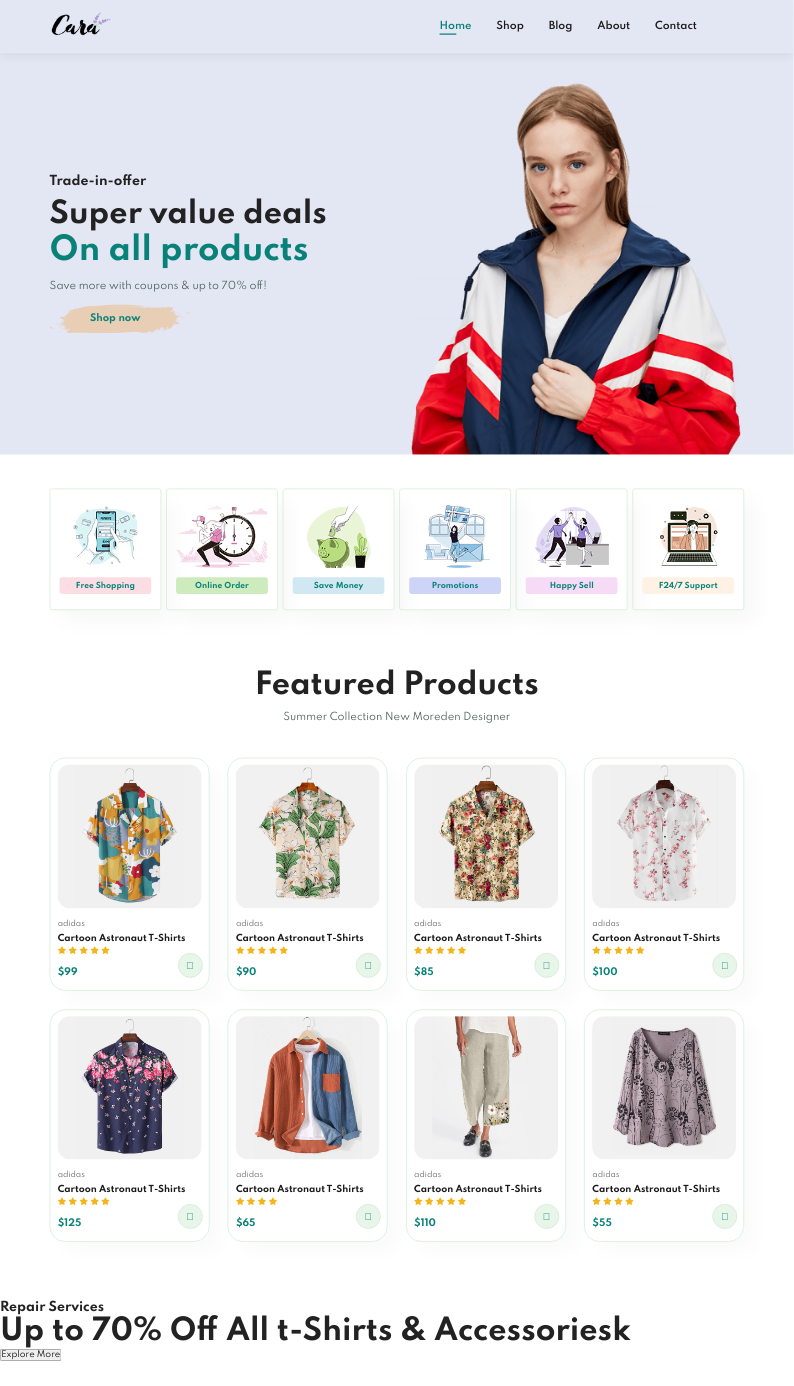
Repository: MinhNhatIT2901/Ecommerce
Page: index.html
The author's editor kept a copy of each file at every save. The page is drawn from the files as they stood at one save, then again after the next save.
The browser window is 1280 px wide. The pictures show the whole page, at 62% of full size.
Some web libraries are served in a nearby version.

Above is the page before, as saved 2022-01-08 00:10:59.

### index.html
<!DOCTYPE html>
<html lang="en">
<head>
    <meta charset="UTF-8">
    <meta http-equiv="X-UA-Compatible" content="IE=edge">
    <meta name="viewport" content="width=device-width, initial-scale=1.0">
    <title>Ecommerce</title>
    <link rel="stylesheet" href="https://pro.fontawesome.com/releases/v5.10.0/css/all.css" integrity="sha384-AYmEC3Yw5cVb3ZcuHtOA93w35dYTsvhLPVnYs9eStHfGJvOvKxVfELGroGkvsg+p" crossorigin="anonymous"/>
    <link rel="stylesheet" href="style.css">
</head>
<body>

    <section id="header">
        <a href="">
            <img src="imgs/img/logo.png" alt="" class="logo">
        </a>
        <div>
            <ul id="navbar">
                <li><a class="active" href="index.html">Home</a></li>
                <li><a href="shop.html">Shop</a></li>
                <li><a href="blog.html">Blog</a></li>
                <li><a href="about.html">About</a></li>
                <li><a href="contact.html">Contact</a></li>
                <li><a href="cart.html"><i class="far fa-shopping-bag"></i></a></li>
            </ul>
        </div>
    </section>

    <section id="hero">
        <h4>Trade-in-offer</h4>
        <h2>Super value deals</h2>
        <h1>On all products</h1>
        <p>Save more with coupons & up to 70% off! </p>
        <button>Shop now</button>
    </section>

    <section id="feature" class="section-p1">
        <div class="fe-box">
            <img src="imgs/img/features/f1.png" alt="">
            <h6>Free Shopping</h6>
        </div>
        <div class="fe-box">
            <img src="imgs/img/features/f2.png" alt="">
            <h6>Online Order</h6>
        </div>
        <div class="fe-box">
            <img src="imgs/img/features/f3.png" alt="">
            <h6>Save Money</h6>
        </div>
        <div class="fe-box">
            <img src="imgs/img/features/f4.png" alt="">
            <h6>Promotions</h6>
        </div>
        <div class="fe-box">
            <img src="imgs/img/features/f5.png" alt="">
            <h6>Happy Sell</h6>
        </div>
        <div class="fe-box">
            <img src="imgs/img/features/f6.png" alt="">
            <h6>F24/7 Support</h6>
        </div>
    </section>

    <section id="product1" class="section-p1">
        <h2>Featured Products</h2>
        <p>Summer Collection New Moreden Designer</p>
        <div class="pro-container">
            <div class="pro">
                <img src="imgs/img/products/f1.jpg" alt="">
                <div class="des">
                    <span>adidas</span>
                    <h5>Cartoon Astronaut T-Shirts</h5>
                    <div class="star">
                        <i class="fas fa-star"></i>
                        <i class="fas fa-star"></i>
                        <i class="fas fa-star"></i>
                        <i class="fas fa-star"></i>
                        <i class="fas fa-star"></i>
                    </div>
                    <h4>$99</h4>
                </div>
                <a href="#"><i class="fal fa-shopping-cart cart"></i></a>
            </div>
            <div class="pro">
                <img src="imgs/img/products/f2.jpg" alt="">
                <div class="des">
                    <span>adidas</span>
                    <h5>Cartoon Astronaut T-Shirts</h5>
                    <div class="star">
                        <i class="fas fa-star"></i>
                        <i class="fas fa-star"></i>
                        <i class="fas fa-star"></i>
                        <i class="fas fa-star"></i>
                        <i class="fas fa-star"></i>
                    </div>
                    <h4>$90</h4>
                </div>
                <a href="#"><i class="fal fa-shopping-cart cart"></i></a>
            </div>
            <div class="pro">
                <img src="imgs/img/products/f3.jpg" alt="">
                <div class="des">
                    <span>adidas</span>
                    <h5>Cartoon Astronaut T-Shirts</h5>
                    <div class="star">
                        <i class="fas fa-star"></i>
                        <i class="fas fa-star"></i>
                        <i class="fas fa-star"></i>
                        <i class="fas fa-star"></i>
                        <i class="fas fa-star"></i>
                    </div>
                    <h4>$85</h4>
                </div>
                <a href="#"><i class="fal fa-shopping-cart cart"></i></a>
            </div>
            <div class="pro">
                <img src="imgs/img/products/f4.jpg" alt="">
                <div class="des">
                    <span>adidas</span>
                    <h5>Cartoon Astronaut T-Shirts</h5>
                    <div class="star">
                        <i class="fas fa-star"></i>
                        <i class="fas fa-star"></i>
                        <i class="fas fa-star"></i>
                        <i class="fas fa-star"></i>
                        <i class="fas fa-star"></i>
                    </div>
                    <h4>$100</h4>
                </div>
                <a href="#"><i class="fal fa-shopping-cart cart"></i></a>
            </div>
            <div class="pro">
                <img src="imgs/img/products/f5.jpg" alt="">
                <div class="des">
                    <span>adidas</span>
                    <h5>Cartoon Astronaut T-Shirts</h5>
                    <div class="star">
                        <i class="fas fa-star"></i>
                        <i class="fas fa-star"></i>
                        <i class="fas fa-star"></i>
                        <i class="fas fa-star"></i>
                        <i class="fas fa-star"></i>
                    </div>
                    <h4>$125</h4>
                </div>
                <a href="#"><i class="fal fa-shopping-cart cart"></i></a>
            </div>
            <div class="pro">
                <img src="imgs/img/products/f6.jpg" alt="">
                <div class="des">
                    <span>adidas</span>
                    <h5>Cartoon Astronaut T-Shirts</h5>
                    <div class="star">
                        <i class="fas fa-star"></i>
                        <i class="fas fa-star"></i>
                        <i class="fas fa-star"></i>
                        <i class="fas fa-star"></i>
                    </div>
                    <h4>$65</h4>
                </div>
                <a href="#"><i class="fal fa-shopping-cart cart"></i></a>
            </div>
            <div class="pro">
                <img src="imgs/img/products/f7.jpg" alt="">
                <div class="des">
                    <span>adidas</span>
                    <h5>Cartoon Astronaut T-Shirts</h5>
                    <div class="star">
                        <i class="fas fa-star"></i>
                        <i class="fas fa-star"></i>
                        <i class="fas fa-star"></i>
                        <i class="fas fa-star"></i>
                        <i class="fas fa-star"></i>
                    </div>
                    <h4>$110</h4>
                </div>
                <a href="#"><i class="fal fa-shopping-cart cart"></i></a>
            </div>
            <div class="pro">
                <img src="imgs/img/products/f8.jpg" alt="">
                <div class="des">
                    <span>adidas</span>
                    <h5>Cartoon Astronaut T-Shirts</h5>
                    <div class="star">
                        <i class="fas fa-star"></i>
                        <i class="fas fa-star"></i>
                        <i class="fas fa-star"></i>
                        <i class="fas fa-star"></i>
                    </div>
                    <h4>$55</h4>
                </div>
                <a href="#"><i class="fal fa-shopping-cart cart"></i></a>
            </div>
        </div>
    </section>

    <section id="banner" class="section-m1">
        <h4>Repair Services </h4>
        <h2>Up to <span>70% Off</span> All t-Shirts & Accessoriesk </h2>
        <button>Explore More</button>
    </section>
    <script src="style.js"></script>
</body>
</html>

### style.css
@import url("https://fonts.googleapis.com/css2?family=Poppins:wght@400;500;600;700&family=Spartan:wght@400;500;600;700&display=swap");

:root {
  --primary-color: #088178;
}
* {
  padding: 0;
  margin: 0;
  box-sizing: border-box;
  font-family: "Spartan", sans-serif;
}

h1 {
  font-size: 50px;
  line-height: 64px;
  color: #222;
}

h2 {
  font-size: 46px;
  line-height: 54px;
  color: #222;
}

h4 {
  font-size: 20px;
  color: #222;
}

h6 {
  font-weight: 700;
  font-size: 12px;
}

p {
  font-size: 16px;
  color: #465b52;
  margin: 15px 0 20px 0;
}

.section-p1 {
  padding: 40px 80px;
}

.section-m1 {
  margin: 40px 0;
}

body {
  width: 100%;
}

/* Header */
#header {
  display: flex;
  align-items: center;
  justify-content: space-between;
  padding: 20px 80px;
  background: #e3e6f3;
  box-shadow: 0 5px 15px rgba(0, 0, 0, 0.06);
  z-index: 100;
  position: sticky;
  top: 0;
  left: 0;
}

#navbar {
  display: flex;
  align-items: center;
  justify-content: center;
}

#navbar li {
  list-style: none;
  padding: 0 20px;
  position: relative;
}

#navbar li a {
  text-decoration: none;
  font-size: 16px;
  font-weight: 600;
  color: #1a1a1a;
  transition: 0.25s ease;
}

#navbar li a:hover,
#navbar li a.active {
  color: var(--primary-color);
}

#navbar li a.active::after {
  content: "";
  width: 30%;
  height: 2px;
  position: absolute;
  bottom: -4px;
  left: 20px;
  background: var(--primary-color);
}

/* Page home */
#hero {
  background-image: url("imgs/img/hero4.png");
  height: 90vh;
  width: 100%;
  background-position: top 25% right 0;
  background-size: cover;
  padding: 0 80px;
  display: flex;
  align-items: flex-start;
  justify-content: center;
  flex-direction: column;
}

#hero h4 {
  padding-bottom: 15px;
}

#hero h1 {
  color: var(--primary-color);
}

#hero button {
  background-image: url("imgs/img/button.png");
  background-color: transparent;
  color: var(--primary-color);
  border: 0;
  padding: 14px 80px 14px 65px;
  background-repeat: no-repeat;
  font-weight: 700;
  font-size: 15px;
}

#feature {
  display: flex;
  align-items: center;
  justify-content: space-between;
  flex-wrap: wrap;
}

#feature .fe-box {
  width: 180px;
  text-align: center;
  padding: 25px 15px;
  box-shadow: 20px 20px 34px rgba(0, 0, 0, 0.03);
  border: 1px solid #cce7d0;
  border-radius: 4px;
  margin: 15px 0;
}

#feature .fe-box:hover {
  box-shadow: 10px 10px 54px rgba(70, 62, 221, 0.1);
  cursor: pointer;
}

#feature .fe-box img {
  width: 100%;
  margin-bottom: 10px;
}

#feature .fe-box h6 {
  padding: 9px 8px 6px 8px;
  line-height: 1;
  border-radius: 4px;
  color: #088178;
  background-color: #fddde4;
}

#feature .fe-box:nth-child(2) h6 {
  background-color: #cdebbc;
}

#feature .fe-box:nth-child(3) h6 {
  background-color: #d1e8f2;
}

#feature .fe-box:nth-child(4) h6 {
  background-color: #cdd4f8;
}

#feature .fe-box:nth-child(5) h6 {
  background-color: #f6dbf6;
}

#feature .fe-box:nth-child(6) h6 {
  background-color: #fff2e5;
}

#product1 {
  text-align: center;
}

#product1 .pro-container {
  display: flex;
  justify-content: space-between;
  padding-top: 20px;
  flex-wrap: wrap;
}

#product1 .pro {
  width: 23%;
  min-width: 250px;
  padding: 10px 12px;
  border: 1px solid #cce7d0;
  border-radius: 25px;
  cursor: pointer;
  box-shadow: 20px 20px 30px rgba(0, 0, 0, 0.02);
  margin: 15px 0;
  transition: 0.25s ease-in;
  position: relative;
}

#product1 .pro:hover {
  box-shadow: 20px 20px 30px rgba(0, 0, 0, 0.06);
}

#product1 .pro img {
  width: 100%;
  border-radius: 20px;
}

#product1 .pro .des {
  text-align: start;
  padding: 10px 0;
}

#product1 .pro .des span {
  color: #606060;
  font-size: 12px;
}

#product1 .pro .des h5 {
  padding-top: 7px;
  color: #1a1a1a;
  font-size: 14px;
}

#product1 .pro .des i {
  font-size: 12px;
  color: rgb(243, 181, 25);
}

#product1 .pro .des h4 {
  padding-top: 17px;
  font-size: 15px;
  font-weight: 700;
  color: var(--primary-color);
}

#product1 .pro .cart {
  width: 40px;
  height: 40px;
  line-height: 40px;
  border-radius: 50px;
  background-color: #e8f6ea;
  color: var(--primary-color);
  border: 1px solid #cce7d0;
  right: 10px;
  position: absolute;
  bottom: 20px;
}

Loaded but not shown: style.js (no copy from this time; the picture is the same without it)

After the next save:
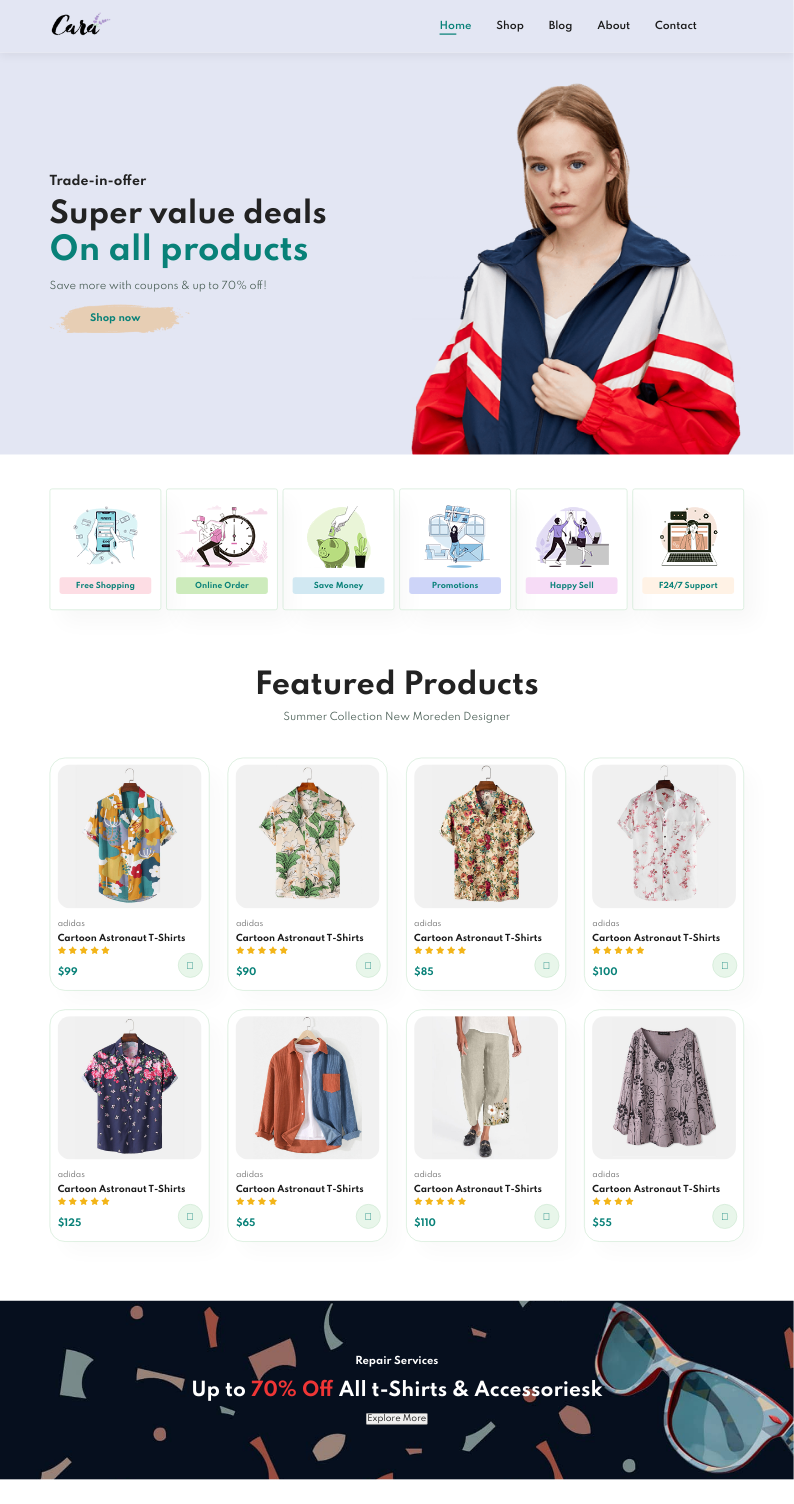
Saved 5 min 40 s later.
--- a/style.css
+++ b/style.css
@@ -44,6 +44,19 @@ p {
 
 .section-m1 {
   margin: 40px 0;
+}
+
+button.normal {
+  font-size: 14px;
+  font-weight: 600;
+  padding: 15px 30px;
+  color: #000;
+  background-color: #fff;
+  cursor: pointer;
+  border-radius: 4px;
+  outline: none;
+  transition: 0.25s;
+  border: none;
 }
 
 body {
@@ -260,3 +273,31 @@ body {
   position: absolute;
   bottom: 20px;
 }
+
+#banner {
+  display: flex;
+  flex-direction: column;
+  justify-content: center;
+  align-items: center;
+  text-align: center;
+  background-image: url("imgs/img/banner/b2.jpg");
+  width: 100%;
+  height: 40vh;
+  background-size: cover;
+  background-position: center;
+}
+
+#banner h4 {
+  color: #fff;
+  font-size: 16px;
+}
+
+#banner h2 {
+  color: #fff;
+  font-size: 30px;
+  padding: 10px 0;
+}
+
+#banner h2 span {
+  color: #ef3636;
+}
